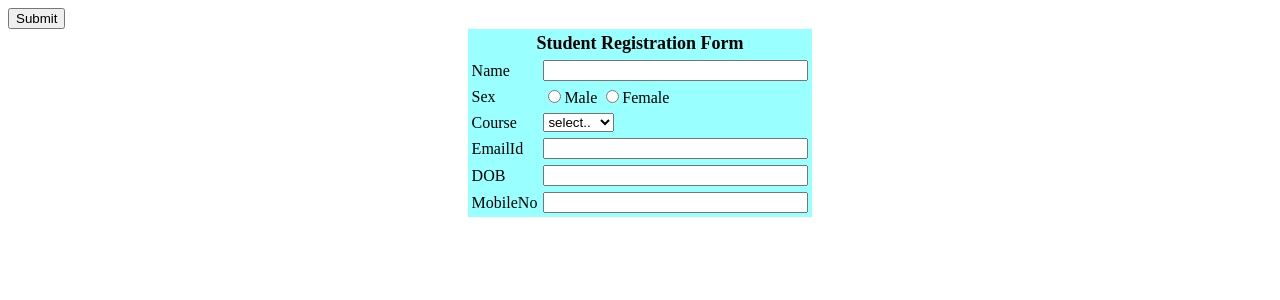
Repository: pradeep2793/DemoRepo
Page: http://localhost/GoogleLogin/WEB-INF/views/index.jsp
These files come from the project's save history. The page is drawn as it stood at one moment and after the next save; the edit follows.
The browser window is 1280 px wide. The pictures show the whole page.
The page is served by Tomcat 9. Nobody is signed in. Other server files are loaded and not shown. The template is opened directly, without the code that normally fills it, so the values that code supplies are empty.

Above is the page before, as saved 2021-02-24 13:58:38.

### GoogleCaptcha/GoogleLogin/src/main/webapp/WEB-INF/views/index.jsp
<%@ page trimDirectiveWhitespaces="true"%>
<%@ taglib prefix="c" uri="http://java.sun.com/jsp/jstl/core"%>
<%@ taglib prefix="form" uri="http://www.springframework.org/tags/form"%>
<%@ page isELIgnored="false"%>

<html>
<title>Add Stduent</title>
<body>
	<form action="save-form" method="post">
		<table cellpadding="2" width="20%" bgcolor="99FFFF" align="center"
			cellspacing="2">

			<tr>
				<td colspan=2>
					<center>
						<font size=4><b>Student Registration Form</b></font>
					</center>
				</td>
			</tr>

			<tr>
				<td>Name</td>
				<td><input type=text name=textnames id="textname" size="30"></td>
			</tr>

			<tr>
				<td>Sex</td>
				<td><input type="radio" name="sex" value="male" size="10">Male
					<input type="radio" name="sex" value="Female" size="10">Female</td>
			</tr>

			<tr>
				<td>Course</td>
				<td><select name="Course">
						<option value="-1" selected>select..</option>
						<option value="B.Tech">B.TECH</option>
						<option value="MCA">MCA</option>
						<option value="MBA">MBA</option>
						<option value="BCA">BCA</option>
				</select></td>
			</tr>

			<tr>
				<td>EmailId</td>
				<td><input type="text" name="emailid" id="emailid" size="30"></td>
			</tr>

			<tr>
				<td>DOB</td>
				<td><input type="text" name="dob" id="dob" size="30"></td>
			</tr>

			<tr>
				<td>MobileNo</td>
				<td><input type="text" name="mobileno" id="mobileno" size="30"></td>
			</tr>
			<input type="submit" value="Submit" />
		</table>
	</form>
</body>
</html>

After the next save:
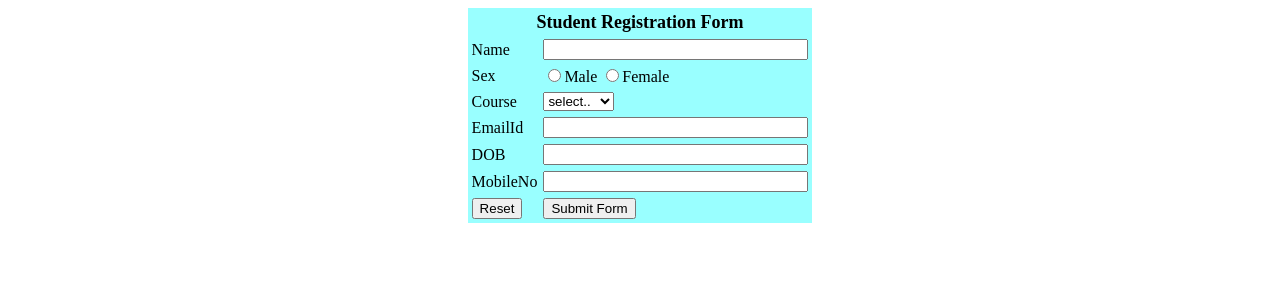
Saved 2 min 15 s later.
--- a/GoogleCaptcha/GoogleLogin/src/main/webapp/WEB-INF/views/index.jsp
+++ b/GoogleCaptcha/GoogleLogin/src/main/webapp/WEB-INF/views/index.jsp
@@ -54,7 +54,10 @@
 				<td>MobileNo</td>
 				<td><input type="text" name="mobileno" id="mobileno" size="30"></td>
 			</tr>
-			<input type="submit" value="Submit" />
+			<tr>
+				<td><input type="reset"></td>
+				<td colspan="2"><input type="submit" value="Submit Form" /></td>
+			</tr>
 		</table>
 	</form>
 </body>
